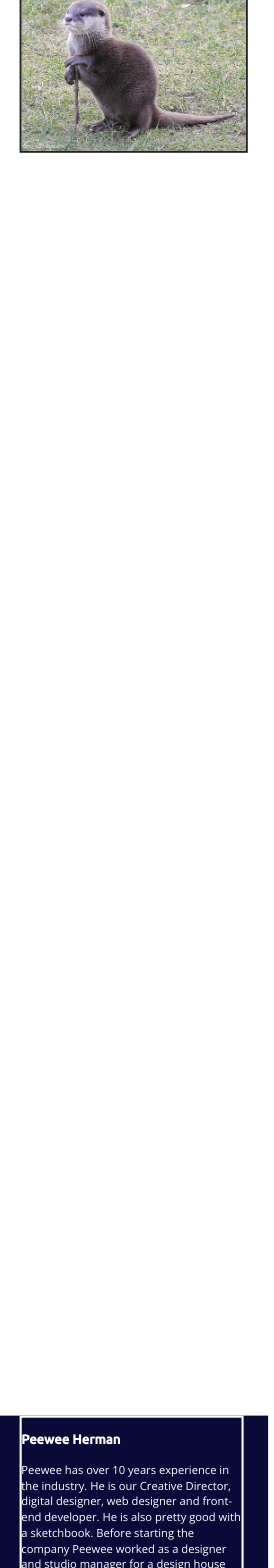
Repository: kennyharman/Marlowe_Kenny_Lab_02B
Page: index.html
These files come from the project's save history. The page is drawn as it stood at one moment and after the next save; the edit follows.
The browser window is 375 px wide. The page is 391 px wide, so the pictures cover 391 px, including what lies to the right of the window. The pictures show the part of the page from y = 3266 to 5506 px (the page is 5862 px tall before and 4702 px after), at 70% of full size.

Above is the page before, as saved 2024-02-08 19:23:48.

### index.html
<!doctype html>
<html class="no-js" lang="EN">

<head>
  <meta charset="utf-8">
  <meta name="viewport" content="width=device-width, initial-scale=1">
  <title></title>
  <link rel="stylesheet" href="css/style.css">
  <link href="https://fonts.googleapis.com/css2?family=Open+Sans:ital,wght@0,400;0,700;1,400&family=Ubuntu:ital,wght@0,300;0,500;1,300&display=swap" rel="stylesheet">
  <meta name="description" content="">

  <meta property="og:title" content="Metrolics page">
  <meta property="og:type" content="website">
  <meta property="og:url" content="http://localhost:8888/metrolics/">

  <link rel="icon" href="/favicon.ico" sizes="any">
  <link rel="icon" href="/icon.svg" type="image/svg+xml">
  <link rel="apple-touch-icon" href="icon.png">

  <link rel="manifest" href="site.webmanifest">
  <meta name="theme-color" content="#fafafa">
</head>

<body class="page">
  <script src="js/app.js"></script>

<header class="page__header">
  <div class="row m-col-2 l-col-2 menu">
    <div class="col header__menu-logo">
      <h1>Metrolics</h1>
    </div>
    <div class="col header__menu-nav">
      Home
      Pages
      Blog
      Portfolio
      Home
    </div>
</header>

<main>
  <div class="page__banner">
    <div class="col banner-header">
      <img src="images/pink_otter.jpg">
      <ul class="listed-items">
        <li>Metro Style</li>
        <li>Retina Ready</li>
        <li>Responsive Design</li>
      </ul>
    </div>
  </div>
  <div class="page__section">
    <div class="row header">
      <div class="col header-text">
        <h2>Hey guys! This is the <span class="text__color-change">Metrolics</span> theme.<br/>It sports a responsive layout with a mobile layout.</h2>
      </div>
    </div>
  </div>

  <div class="section-services">
    <div class="row m-col-2 l-col-4">
      <div class="col m-row-span l-row-span heading">
        <h3>Things That We Do</h3>
        <p>Ask us what we can do for you</p>
      </div>
      <div class="col services-card">
        <h4>Otter solutions</h4>
        We are a fairly small, flexible otter studio that designs for print and web. We work flexibly with otters to fulfil their design needs. Whether you need to create an otter from scratch, including marketing materials
      </div>
      <div class="col services-card">
        <h4>Photography</h4>
        We are a fairly small, flexible otter studio that designs for print and web. We work flexibly with otters to fulfil their design needs. Whether you need to create an otter from scratch, including marketing materials
      </div>
      <div class="col services-card">
        <h4>Otter Development</h4>
        We are a fairly small, flexible otter studio that designs for print and web. We work flexibly with otters to fulfil their design needs. Whether you need to create an otter from scratch, including marketing materials
      </div>
      <div class="col services-card">
        <h4>Otter Design</h4>
        We are a fairly small, flexible otter studio that designs for print and web. We work flexibly with otters to fulfil their design needs. Whether you need to create an otter from scratch, including marketing materials
      </div>
    </div>
  </div>
    </div>
  </div>

  <div class="section-work">
    <div class="row m-col-2 l-col-3">
      <div class="col m-row-span l-row-span heading">
        <h3>What's Up Lately</h3>
        <p>Read up on our latest otters</p>
      </div>
      <div class="col m-row-span image">
        <img src="images/otter7.jpg" alt="Otter Fall">
      </div>
      <div class="col image">
        <img src="images/otter8.jpg" alt="Sleepy Otter">
      </div>
      <div class="col image">
        <img src="images/otter9.jpg" alt="Madi the Otter">
      </div>
    </div>
  </div>

  <div class="section-projects">
    <div class="row m-col-2 l-col-3">
      <div class="col m-row-span l-row-span heading">
        <h3>Our Latest Otters</h3>
        <p>Otter happy? We are happy.</p>
      </div>
      <div class="col image">
        <img src="images/otter1.jpg" alt="Curious Otter">
      </div>
      <div class="col image">
        <img src="images/otter2.jpg" alt="Teasing Otter">
      </div>
      <div class="col image">
        <img src="images/otter3.jpg" alt="Otter Playing Dead">
      </div>
      <div class="col image">
        <img src="images/otter4.jpg" alt="Pondering Otter">
      </div>
      <div class="col image">
        <img src="images/otter5.jpg" alt="Loving Otters">
      </div>
      <div class="col image">
        <img src="images/otter6.jpg" alt="Wise Otter">
      </div>
    </div>
  </div>

  <div class="section-misc">
    <div class="row l-col-2">
      <div class="col l-row-span heading">
        <h3>Thingsofabove</h3>
        <p>Misc otters we could not put anyplace else</p>
      </div>
      <div class="col misc-content">
        <img src="images/otter10.jpg" alt="Snazzy Otter">
      </div>
      <div class="col misc-content">
        <img src="images/otter11.jpg" alt="Hello Kitty Otter">
      </div>
    </div>
  </div>

  <div class="section-affiliates invisible">
    <div class="row m-col-5 l-col-5">
      <div class="col affiliates-card">
        <img src="images/otter12.jpg" alt="Otter Hug">
      </div>
      <div class="col affiliates-card">
        <img src="images/otter13.jpg" alt="Otter Stretch">
      </div>
      <div class="col affiliates-card">
        <img src="images/otter14.jpg" alt="Surprised Otter">
      </div>
      <div class="col affiliates-card">
        <img src="images/otter15.jpg" alt="Otter Bath">
      </div>
      <div class="col affiliates-card">
        <img src="images/otter16.jpg" alt="Otter Bear">
      </div>
    </div>
  </div>
</main>
<footer class="page__footer">
  <div class="row m-col-2 l-col-4 footer">
    <div class="col m-row-span l-row-span footer-heading">
      <h3>Peewee Herman</h3>
      <p>Peewee has over 10 years experience in the industry. He is our Creative Director, digital designer, web designer and front-end developer. He is also pretty good with a sketchbook. Before starting the company Peewee worked as a designer and studio manager for a design house who boasted a number of big name clients.</p>
    </div>
    <div class="col footer-item">
      <h3>About Us</h3>
    </div>
    <div class="col footer-item">
      <h3>Flickr Photos</h3>
    </div>
    <div class="col footer-item">
      <h3>Recent Tweets</h3>
    </div>
    <div class="col footer-item">
      <h3>Newsletter</h3>
    </div>
  </div>
</footer>
</body>

### css/style.css
/*! HTML5 Boilerplate v9.0.0-RC1 | MIT License | https://html5boilerplate.com/ */

/* main.css 3.0.0 | MIT License | https://github.com/h5bp/main.css#readme */
/*
 * What follows is the result of much research on cross-browser styling.
 * Credit left inline and big thanks to Nicolas Gallagher, Jonathan Neal,
 * Kroc Camen, and the H5BP dev community and team.
 */

/* ==========================================================================
   Base styles: opinionated defaults
   ========================================================================== */

html {
  color: #222;
  font-size: 1em;
  line-height: 1.4;
  margin-left: -1rem;
  margin-right: -1rem;
}

/*
 * Remove text-shadow in selection highlight:
 * https://twitter.com/miketaylr/status/12228805301
 *
 * Customize the background color to match your design.
 */

::-moz-selection {
  background: #b3d4fc;
  text-shadow: none;
}

::selection {
  background: #b3d4fc;
  text-shadow: none;
}

/*
 * A better looking default horizontal rule
 */

hr {
  display: block;
  height: 1px;
  border: 0;
  border-top: 1px solid #ccc;
  margin: 1em 0;
  padding: 0;
}

/*
 * Remove the gap between audio, canvas, iframes,
 * images, videos and the bottom of their containers:
 * https://github.com/h5bp/html5-boilerplate/issues/440
 */

audio,
canvas,
iframe,
img,
svg,
video {
  vertical-align: middle;
}

/*
 * Remove default fieldset styles.
 */

fieldset {
  border: 0;
  margin: 0;
  padding: 0;
}

/*
 * Allow only vertical resizing of textareas.
 */

textarea {
  resize: vertical;
}

/* ==========================================================================
   Author's custom styles
   ========================================================================== */

/* ==========================================================================
   Helper classes
   ========================================================================== */

/*
 * Hide visually and from screen readers
 */

.hidden,
[hidden] {
  display: none !important;
}

/*
 * Hide only visually, but have it available for screen readers:
 * https://snook.ca/archives/html_and_css/hiding-content-for-accessibility
 *
 * 1. For long content, line feeds are not interpreted as spaces and small width
 *    causes content to wrap 1 word per line:
 *    https://medium.com/@jessebeach/beware-smushed-off-screen-accessible-text-5952a4c2cbfe
 */

.visually-hidden {
  border: 0;
  clip: rect(0, 0, 0, 0);
  height: 1px;
  margin: -1px;
  overflow: hidden;
  padding: 0;
  position: absolute;
  white-space: nowrap;
  width: 1px;
  /* 1 */
}

/*
 * Extends the .visually-hidden class to allow the element
 * to be focusable when navigated to via the keyboard:
 * https://www.drupal.org/node/897638
 */

.visually-hidden.focusable:active,
.visually-hidden.focusable:focus {
  clip: auto;
  height: auto;
  margin: 0;
  overflow: visible;
  position: static;
  white-space: inherit;
  width: auto;
}

/*
 * Hide visually and from screen readers, but maintain layout
 */

.invisible {
  visibility: hidden;
}

/*
 * Clearfix: contain floats
 *
 * The use of `table` rather than `block` is only necessary if using
 * `::before` to contain the top-margins of child elements.
 */

.clearfix::before,
.clearfix::after {
  content: "";
  display: table;
}

.clearfix::after {
  clear: both;
}

/* ==========================================================================
   EXAMPLE Media Queries for Responsive Design.
   These examples override the primary ('mobile first') styles.
   Modify as content requires.
   ========================================================================== */

@media only screen and (min-width: 35em) {
  /* Style adjustments for viewports that meet the condition */
}

@media print,
  (-webkit-min-device-pixel-ratio: 1.25),
  (min-resolution: 1.25dppx),
  (min-resolution: 120dpi) {
  /* Style adjustments for high resolution devices */
}

/* ==========================================================================
   Print styles.
   Inlined to avoid the additional HTTP request:
   https://www.phpied.com/delay-loading-your-print-css/
   ========================================================================== */

@media print {
  *,
  *::before,
  *::after {
    background: #fff !important;
    color: #000 !important;
    /* Black prints faster */
    box-shadow: none !important;
    text-shadow: none !important;
  }

  a,
  a:visited {
    text-decoration: underline;
  }

  a[href]::after {
    content: " (" attr(href) ")";
  }

  abbr[title]::after {
    content: " (" attr(title) ")";
  }

  /*
   * Don't show links that are fragment identifiers,
   * or use the `javascript:` pseudo protocol
   */
  a[href^="#"]::after,
  a[href^="javascript:"]::after {
    content: "";
  }

  pre {
    white-space: pre-wrap !important;
  }

  pre,
  blockquote {
    border: 1px solid #999;
    page-break-inside: avoid;
  }

  tr,
  img {
    page-break-inside: avoid;
  }

  p,
  h2,
  h3 {
    orphans: 3;
    widows: 3;
  }

  h2,
  h3 {
    page-break-after: avoid;
  }
}

/* Our Styling */

h1,
h2,
h3,
h4,
h5,
h6 {
    font-family: 'Ubuntu', sans-serif;
}

p {
    font-family: 'Open Sans', sans-serif;
}

.row {
  display: grid;
  margin-top: 2rem;
}
.col {
  position: relative;
  max-height: 100%;
  border: solid;
}

.page__header,
.banner-header,
.page__section,
.section-services,
.section-work,
.section-projects,
.section-misc,
.section-affiliates,
.footer {
  margin: auto;
  width: 60%;
}

.heading {
  display: flex;
  flex-direction: column;
  align-items: center;
  padding: 0 auto;
}

.heading > h3 {
  margin-bottom: 0;
  font-size: 24px;
}

.heading > p {
  margin-top: 0;
  font-size: 10px;
  color: grey;
}

.header-text {
  text-align: center;
}

.text__color-change {
  color: lightskyblue;
}

.listed-items {
  position: absolute;
  top: 5rem;
  left: 5rem;
  list-style-type: none;
}

.listed-items > li {
  background-color: white;
  margin-top: 2px;
  padding-top: 0.5rem;
  padding-bottom: 0.5rem;
  font-family: 'Ubuntu', sans-serif;
}

.listed-items li:nth-child(1) {
  border-left: solid 5px blue;
  padding-left: 1rem;
  padding-right: 1rem;
  width: fit-content;
}

.listed-items li:nth-child(2) {
  border-left: solid 5px red;
  padding-left: 1rem;
  padding-right: 1rem;
  width: fit-content;
}

.listed-items li:nth-child(3) {
  border-left: solid 5px yellow;
  padding-left: 1rem;
  padding-right: 1rem;
  width: fit-content;
}

.banner-header {
  position: relative;
}

.services-card {
  text-align: center;
  font-size: 10px;
  padding: 10px;
  color: grey;
  font-family: 'Open Sans', sans-serif;
  line-height: 20px;
}

.services-card > h4 {
  color: black;
}

.image {
  width: 100%;
  height: 15rem;
  margin-top: 1rem;
}

.image > img {
  width: 100%;
  height: 100%;
  object-fit: cover;
}

.misc-content {
  margin-top: 1.5rem;
  margin: 0.7rem;
  margin-bottom: -2rem;
}

.misc-content > img {
  width: 100%;
  height: 85%;
}

.affiliates-card {
  margin: 0.7rem;
  margin-bottom: 3rem;
}

.affiliates-card > img {
  width: 100%;
  height: 85%;;
}

.banner-header {
  justify-content: center;
}

.banner-header > img {
  width: 100%;
  max-height: 70%;
}

.page__banner {
  background-color: lightgray;
}

.page__footer {
  background-color: rgb(10, 10, 56);
  color: white;
}

/* Small only */
@media screen and (max-width: 39.9375em) {
  .page__header,
.banner-header,
.page__section,
.section-services,
.section-work,
.section-projects,
.section-misc,
.section-affiliates,
.footer {
  margin: auto;
  width: 20rem;
}

.header {
  margin: -5px;
}
  .header__menu-nav {
    display: none;
  }
  .page__banner {
    display: none;
  }
  .affiliates {
    display: none;
  }
  .misc {
    display: none;
  }
  .services-card {
    text-align: left;
    font-size: 12px;
    padding: 0px;
    color: grey;
    font-family: 'Open Sans', sans-serif;
    line-height: 15px;
    padding-top: 20px;
  }
  .services-card > h4 {
    line-height: 0px;
  }
  .section-misc {
    display: none;
  }
}

/* Medium only */
@media screen and (min-width: 40em) and
(max-width: 63.9375em) {
  .row {
    max-width: 70rem;
    column-gap: 1.5rem;
    row-gap: 1.5rem;
    margin: 0 auto;
  }
  .m-col-2 {
    grid-template-columns: 1fr 1fr;
  }
  .m-col-3 {
    grid-template-columns: repeat(3, 1fr);
  }
  .m-col-4 {
    grid-template-columns: repeat(4, 1fr);
  }
  .m-col-5 {
    grid-template-columns: repeat(5, 1fr);
  }

  .m-row-span {
    grid-column-start: 1;
    grid-column-end: -1;
  }
}

/* Large only */
@media screen and (min-width: 64em) {
  .l-col-2 {
    grid-template-columns: 1fr 1fr;
  }
  .l-col-3 {
    grid-template-columns: repeat(3, 1fr);
  }
  .l-col-4 {
    grid-template-columns: repeat(4, 1fr);
  }
  .l-col-5 {
    grid-template-columns: repeat(5, 1fr);
  }

  .l-row-span {
    grid-column-start: 1;
    grid-column-end: -1;
  }
}

Loaded but not shown: js/app.js (no stored copy; drawn as an empty file)

After the next save:
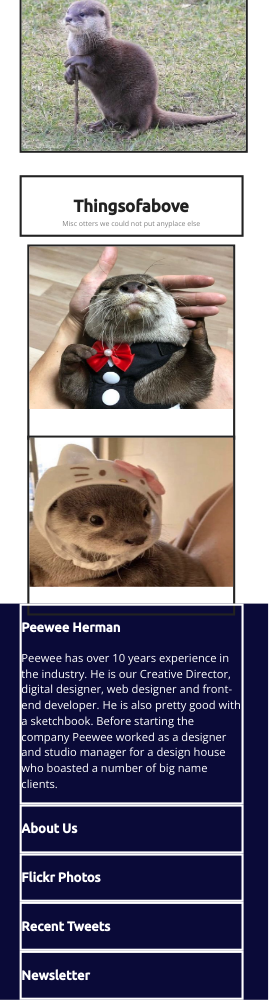
Saved 28 s later.
--- a/css/style.css
+++ b/css/style.css
@@ -457,7 +457,7 @@ p {
   .services-card > h4 {
     line-height: 0px;
   }
-  .section-misc {
+  .section-affiliates {
     display: none;
   }
 }

After the save that followed:
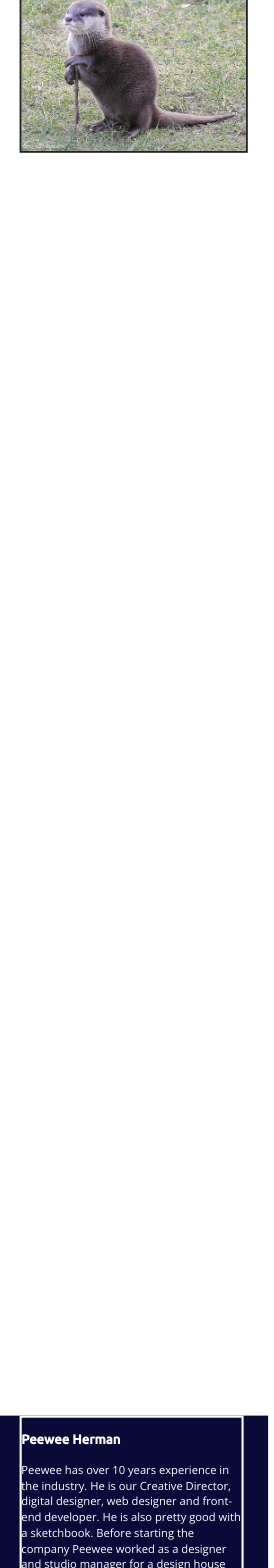
Saved 20 s later.
--- a/css/style.css
+++ b/css/style.css
@@ -457,8 +457,11 @@ p {
   .services-card > h4 {
     line-height: 0px;
   }
+  .section-misc {
+    display: none;
+  }
   .section-affiliates {
-    display: none;
+    display: done;
   }
 }
 
